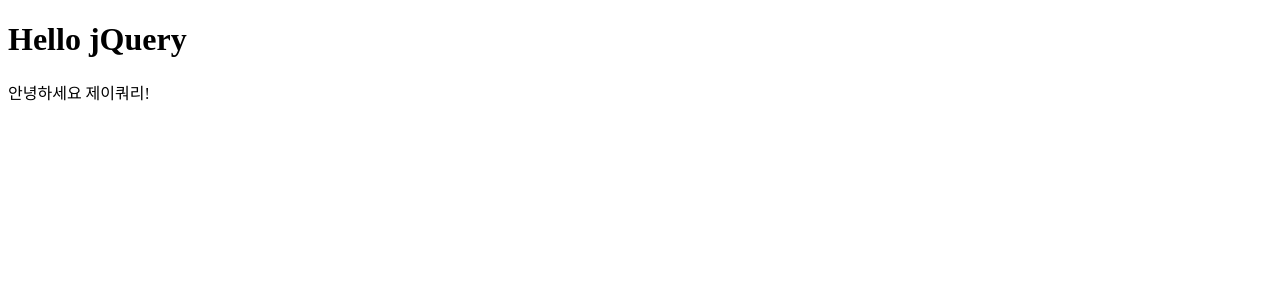
Repository: chaejunho689/bitcamp
Page: jQuery/src/main/webapp/01_hellojQuery/exam04.html
The author's editor kept a copy of each file at every save. The page is drawn from the files as they stood at one save, then again after the next save.
The browser window is 1280 px wide. The pictures show the whole page.

Above is the page before, as saved 2024-08-22 03:36:03.

After the next save:
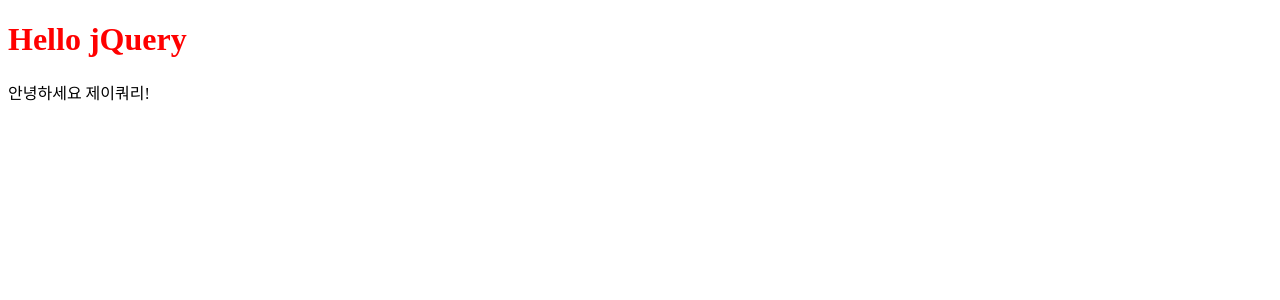
Saved 2 min 41 s later.
--- a/jQuery/src/main/webapp/01_hellojQuery/exam04.html
+++ b/jQuery/src/main/webapp/01_hellojQuery/exam04.html
@@ -13,7 +13,7 @@
 <script type="text/javascript">
 $(function(){
 	var h1 = $('#hello');
-	h1.html('Hello jQuery');
+	h1.css('color', 'red');
 	h1.text('Hello jQuery');
 });
 </script>
